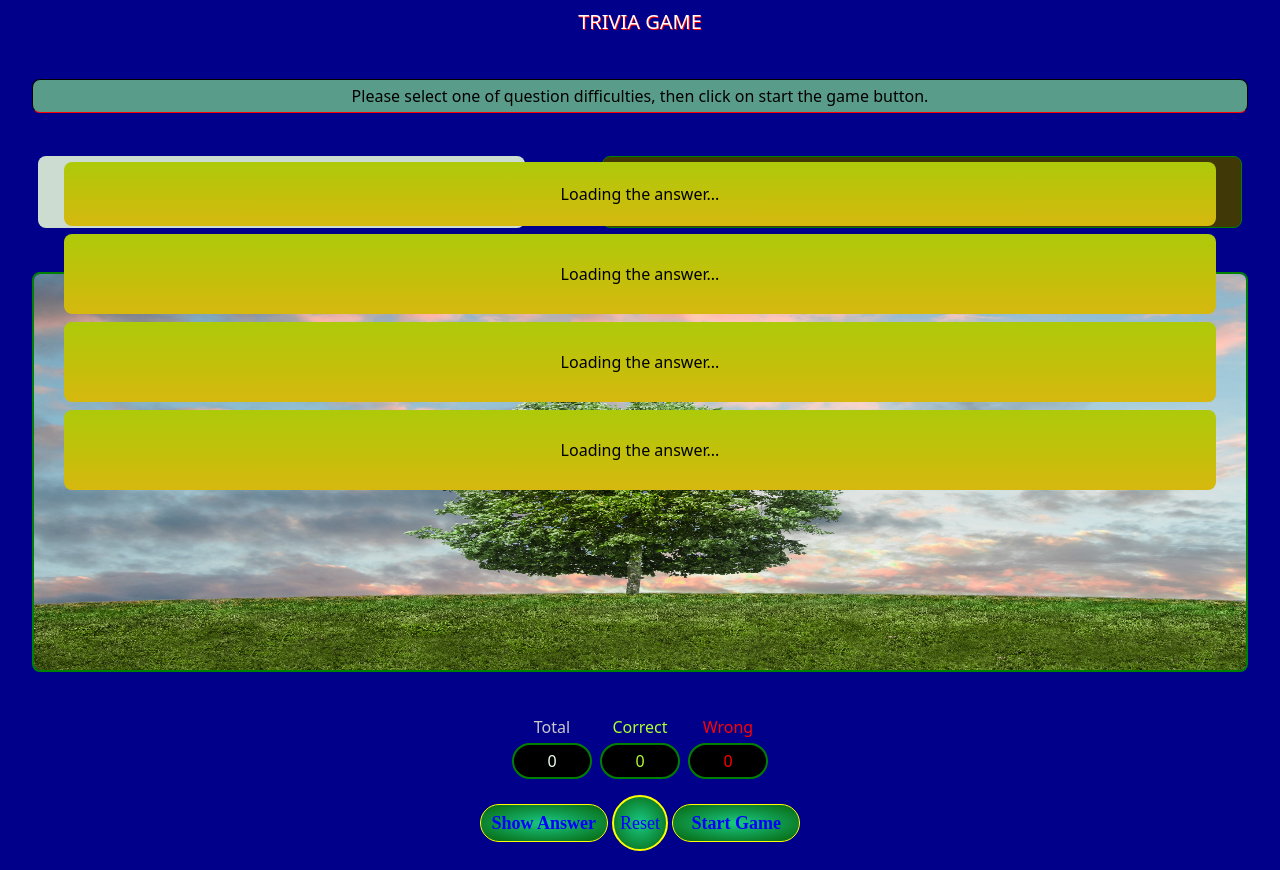
Repository: ShindanoSingi/bembe-trivia
Page: index.html
An editor plug-in stored every save of this project. The page is shown before and after the next save, followed by the edit.
The browser window is 1280 px wide. The pictures show the whole page.
Some web libraries are served in a nearby version.

Above is the page before, as saved 2022-09-08 00:57:20.

### index.html
<!DOCTYPE html>
<html lang="en">

    <head>
        <meta charset="UTF-8">
        <meta http-equiv="X-UA-Compatible" content="IE=edge">
        <meta name="viewport" content="width=device-width, initial-scale=1.0">
        <link rel="stylesheet" href="style.css">
        <script src="https://cdn.tailwindcss.com"></script>
        <title>Trivia Game</title>
    </head>

    <body class="">
        <div class="containerBox max-h-[100vh] my-2 flex flex-col gap-[6vh]">
            <h1 class="text-center text-xl" >TRIVIA GAME</h1>
            <div class="questionBox text-center w-[95vw] px-2 h-[8rem] p-1 mx-auto rounded-lg">
                Please select one of question difficulties, then click on start the game button.
            </div>
            <div class="category-and-difficulty-container items-center justify-around flex">
                <div class="category-container w-[38vw] h-[4.5rem] bg-[#CDDCD1] flex items-center flex-col py-[0.3rem] rounded-lg">
                    <div class="labelCategory text-sm font-bold text-black">CATEGORY</div>
                    <div class="category text-sm text-center p-1 rounded-lg">
                        Loading category...
                    </div>
                </div>
                <div class="qDifficultyBox w-[50vw] pb-1 rounded-lg items-center flex h-[4.5rem] justify-around flex-col">
                        <div id="question" class="qCat text-sm">QUESTION DIFFICULTY</div>
                        <div class="difficulties-container flex gap-1">
                            <button class="difficulty px-1.5 text-sm rounded-full" id="easy">Easy</button>
                            <button class="difficulty px-1.5 rounded-full text-sm" id="medium">Medium</button>
                            <button class="difficulty px-1.5 text-sm rounded-full" id="hard">Hard</button>
                    </div>
                </div>
            </div>
            <div class="imgAndQuestions">
                <img class="w-[95vw] h-[25rem] mx-auto" src="pexels-skitterphoto-9198.jpg" alt="nature image">
                <div class="answersButtons absolute bottom-[14.4rem] ml-[5vw] flex space-y-2 items-center  flex-col">
                    <button class="showAnswer w-[90vw] p-1 absolute bottom-[17rem] mx-auto text-sm h-[5rem]">Loading the answer...</button>
                    <button class="response w-[90vw] p-1 text-center text-md h-[4rem]" id="response1">Loading the answer...</button>
                    <button class="response w-[90vw] p-1 text-md h-[5rem]" id="response2">Loading the answer...</button>
                    <button class="response w-[90vw] p-1 text-md h-[5rem]" id="response3">Loading the answer...</button>
                    <button class="response w-[90vw] p-1 text-md h-[5rem]" id="response4">Loading the answer...</button>
                    </div>
                </div>

            <div id="bottomPart" class="flex  mx-auto flex-col items-center gap-4">
                <div class="labelsAndButtons relative left-1 flex space-x-2">
                    <div class="question-number flex flex-col items-center">
                        <p class="labels pb-1" id="labelQ">Total</p>
                        <div class="bottombuttons w-[5rem] text-center py-1" id="questionNumber">0</div>
                    </div>
                    <div class="correct-answers flex flex-col items-center">
                        <p class="labels pb-1" id="labelC">Correct</p>
                        <div class="bottombuttons w-[5rem] text-center py-1" id="correct">0</div>
                    </div>
                    <div class="wrong-answers flex flex-col items-center">
                        <p class="labels pb-1" id="labelW">Wrong</p>
                        <div class="bottombuttons w-[5rem] text-center py-1" id="wrong">0</div>
                    </div>
                    <div class="timerQuestionCorrectWrong"></div>
                </div>
                <div class="threeBottomButtons">
                    <button class="w-[8rem] text-lg py-1" id="showAnswer">Show Answer</button>
                    <button class="reset text-lg p-1 w-[3.5rem] h-[3.5rem] rounded-full">Reset</button>
                    <button class="startGame text-lg w-[8rem] py-1">Start Game</button>
                </div>
            </div>
            </div>
        <script src="./script.js"></script>
    </body>
</html>

### style.css

/* iPhone 8 and smaller */

    /*  Set h1 text to red */
    h1 {
        color: #fff;
        text-shadow: 0.05rem 0.05rem red;
    }

    /* The box containing the question */
    .questionBox {
        color: rgb(0, 0, 0);
        border: 0.02rem solid;
        background-color: rgb(89, 156, 138);
        border-bottom-color: red;
    }

    /* Label for category */
    .labelCategory {
        color: white;
    }

    /* The show answer message box */
    .showAnswer {
        color: honeydew;
        visibility: hidden;
        border: 0.1rem solid green;
        border-radius: 0.5rem;
        background-color:rgb(2, 27, 3);
    }
    /*  Individual difficulty button */
    .difficulty {
        background-image: linear-gradient(rgb(16, 221, 142), rgb(4, 58, 7));
        border: 0.2rem solid rgb(21, 139, 35);
        color: white;
    }

    /*  Class containing all difficulty buttons */
    .difficulties-container {
        border-color: green;
    }
    /* The box containing difficulty buttons */
    .qDifficultyBox {
        border: 0.14vh solid green;
        background-color: rgb(65, 56, 8);
        color: white;
    }

    /* image */
    img {
        border: 0.15rem solid green;
        border-radius: 0.5rem;
    }
    /* all response buttons */
    .response {
        border-color: green;
        background-image: linear-gradient(rgb(173, 202, 9), rgb(214, 184, 14));
        color: black;
        border-radius: 0.5rem;
    }
    /* All response buttons */
    .response:hover {
        background-image: linear-gradient(rgb(32, 90, 165), rgb(72, 168, 192));
    }

    /* Show answer button */
    #showAnswer {
        color: blue;
        border: 0.54vh solid green;
        border: 0.27vh solid yellow;
        border-radius: 20rem;
        font-family: cursive;
        font-weight: bold;
        background-image: radial-gradient(rgb(25, 201, 133), rgb(6, 99, 10));
    }
    #showAnswer:hover {
        background-image: radial-gradient(rgb(201, 25, 25), rgb(93, 99, 6));
        color: white;
    }
    /* Start game button */
    .startGame {
        color: blue;
        border: 0.54vh solid green;
        border: 0.27vh solid yellow;
        border-radius: 20rem;
        font-family: cursive;
        font-weight: bold;
        background-image: radial-gradient(rgb(25, 201, 133), rgb(6, 99, 10));
    }
    /* Start game button */
    .startGame:hover {
        background-image: radial-gradient(rgb(201, 25, 25), rgb(93, 99, 6));
        color: white;
    }
    /* Reset button */
    .reset {
        color: blue;
        border: 0.5rem solid green;
        border: 0.15rem solid yellow;
        font-family: cursive;
        background-image: radial-gradient(rgb(25, 201, 133), rgb(6, 99, 10));
    }
    /* Reset button */
    .reset:hover {
        background-image: radial-gradient(rgb(201, 25, 25), rgb(93, 99, 6));
        color: white;
    }

    /* Class containing the 3 bottom labels  (total questions, correct answers and wrong answers) */
    .question-number {
        color: rgb(205, 200, 200);
    }

    .correct-answers {
        color: greenyellow;
    }

    .wrong-answers {
        color: red;
    }

    /* The bottom boxes for total question number, correct answers and wrong answers */
    .bottombuttons {
        border: 0.15rem solid green;
        background-color: black;
        color: honeydew;
        border-radius: 2rem;
    }

    /* Set the wrong anser to red */
    #wrong {
        color: rgb(255, 0, 0);
    }
    /* Set the correct anser to green */
    #correct {
        color: greenyellow;
    }

    /* Change the color when "easy" button is hovered over */
    #easy:hover {
        background-image: linear-gradient(rgb(202, 9, 9), rgb(214, 184, 14));
    }
    /* Change the color when "easy" button is hovered over */
    #medium:hover {
        background-image: linear-gradient(rgb(202, 9, 9), rgb(214, 184, 14));
    }
    /* Change the color when "easy" button is hovered over */
    #hard:hover {
        background-image: linear-gradient(rgb(202, 9, 9), rgb(214, 184, 14));
    }

    body {
      background-color: darkblue;
    }

### script.js
// Declaring variables

// Capture win window
let winWindow = document.querySelector('.win');

// Declae win reset button
let winResetButton = document.querySelector('.winReset');

// define lose reset button
let loseResetButton = document.querySelector('.loseReset');

// define lose window
let loseWindow = document.querySelector('.lose');

// define win image
let winImage = document.querySelector('.winImage')

// define a message if the payer loses the game
let loseMessage = document.querySelector('#losePar');

// define
let video = document.querySelector('#myVideo');

// Get Body content
let body = document.querySelector('body');

// This will hold category information
let category = document.querySelector('.category');

// This will hold the question
let question = document.querySelector('.questionBox');

// This is for all response buttons
let answerButtons = document.querySelector('.answersButtons');

// Define difficulty buttons
let difficultyButtons = document.querySelector('.difficulties-container');

// Define image
let image = document.querySelector('img');

// Define audio button
let audioButton = document.querySelector('.audio');

// Declaring individual difficulty buttons
let easyButton = document.querySelector('#easy');
let mediumButton = document.querySelector('#medium');
let hardButton = document.querySelector('#hard');

// This is for individual responses
let response1 = document.querySelector('#response1');
let response2 = document.querySelector('#response2');
let response3 = document.querySelector('#response3');
let response4 = document.querySelector('#response4');

// Define the total number of questions' box.
let totNumQuestionsBox = document.querySelector('#questionNumber');

// This will hold number of correct answers
let cAnswer = document.querySelector('#correct');

// This will hold number of wrong answers
let wAnswer = document.querySelector('#wrong');

// Define the "show answer" button
let showAnswerButton = document.querySelector('#showAnswer');

let corrAnswer;

// Create new audio objects
// Code source: https://www.w3schools.com/jsref/met_audio_play.asp
let audio = new Audio('general-logo-13395.mp3');

let questionscoreCount = 0;
let correctAnswerScoreCount = 0;
let wrongAnswerscoreCount = 0;
let scoreCount = 0;
let clear = '';
let difficulty = '';

// Set winning scoreCount
let winningscoreCount = 6;

let highscoreCount = 0;

let startGame = document.querySelector('.startGame');

// Takes the response from fetch
let triviaQuestion;

// Define a global url which will be accessed by multiple functions
let url;

// Array of all Images/jpg
// https://www.pexels.com/search/environment/
let arrayImages = [];
arrayImages.push('pexels-ákos-szabó-440731.jpg');
arrayImages.push('pexels-atikul-haque-rafat-679598.jpg');
arrayImages.push('pexels-felix-mittermeier-957024.jpg');
arrayImages.push('pexels-ian-turnell-709552.jpg');
arrayImages.push('pexels-karolina-grabowska-5750182.jpg');
arrayImages.push('pexels-mahima-1250260.jpg');
arrayImages.push('pexels-mali-maeder-142497.jpg');
arrayImages.push('pexels-matthias-cooper-580900.jpg');
arrayImages.push('pexels-min-an-1131458.jpg');
arrayImages.push('pexels-minamarie-michell-570041.jpg');
arrayImages.push('pexels-olya-kobruseva-5236397.jpg');
arrayImages.push('pexels-pixabay-33044.jpg');
arrayImages.push('pexels-pixabay-221012.jpg');
arrayImages.push('pexels-pixabay-235615.jpg');
arrayImages.push('pexels-pixabay-259280.jpg');
arrayImages.push('pexels-pixabay-302804.jpg');
arrayImages.push('pexels-pixabay-414090.jpg');
arrayImages.push('pexels-pixabay-459225.jpg');
arrayImages.push('pexels-pixabay-459225.jpg');
arrayImages.push('pexels-pixabay-460621.jpg');
arrayImages.push('pexels-scott-webb-1048033.jpg');
arrayImages.push('pexels-skitterphoto-9198.jpg');
arrayImages.push('pexels-sohail-na-807598.jpg');

// for correct and wrong answer song; source code:
// https://www.dreamstime.com/stock-music-sound-effect/wrong-answer-answer.html

// Reset the game when the "Reset" button is clicked
let resetButton = document.querySelector('.reset');
resetButton.addEventListener('click', () => {

    // Code source: https://www.w3schools.com/jsref/met_audio_play.asp
    audio.volume = 0.2;

    // Refresh the page/window
    window.location.reload();
});

// Assign color to all answer buttons and call "play" function
let startButton = () => {

    // Increament the score count.
    scoreCount++;

    // Select all responses buttons.
    let responses = document.querySelectorAll('.response');
    responses.forEach(response => {
        response.style.backgroundImage = 'linear-gradient(rgb(173, 202, 9), rgb(57, 14, 214));'
    })

    // When the "Start The Game" button is presNexted, Call "play" function
    play();
}

// Select difficulty buttons
difficultyButtons.addEventListener('click', e => {

    // Target the element/button by its id.
    difficulty = e.target.id;

    // Only change the color "easy" button is selected, then enable "Start The Game"
    if (difficulty === 'easy') {

        // Only change the background of "easy button" to a different color, and let other bottons'
        // colors unchanged.
        e.target.style.backgroundImage = 'linear-gradient(rgb(9, 25, 202), rgb(81, 14, 214))';
        mediumButton.style.backgroundImage = `linear-gradient(rgb(16, 221, 142), rgb(4, 58, 7))`;
        hardButton.style.backgroundImage = `linear-gradient(rgb(16, 221, 142), rgb(4, 58, 7))`;

        // Start the Game when "Start The Game" is clicked
        let startGame = document.querySelector('.startGame');
        startGame.addEventListener('click', () => {
            startButton();
        });
    }

    // Only change the color "medium" button is selected, then enable "Start The Game"
    else if (difficulty === 'medium') {

        // Only change the background of "medium button" to a different color, and let other bottons'
        // colors unchanged.
        e.target.style.backgroundImage = 'linear-gradient(rgb(9, 25, 202), rgb(81, 14, 214))';
        easyButton.style.backgroundImage = `linear-gradient(rgb(16, 221, 142), rgb(4, 58, 7))`;
        hardButton.style.backgroundImage = `linear-gradient(rgb(16, 221, 142), rgb(4, 58, 7))`;

        // Start the Game when "Start The Game" is clicked
        startGame.addEventListener('click', () => {
            startButton();
        });
    }

    // Only change the color "hard" button is selected, then enable "Start The Game"
    else if (difficulty === 'hard') {

        // Only change the background of "hard button" to a different color, and let other bottons'
        // colors unchanged.
        e.target.style.backgroundImage = 'linear-gradient(rgb(9, 25, 202), rgb(81, 14, 214))';
        mediumButton.style.backgroundImage = `linear-gradient(rgb(16, 221, 142), rgb(4, 58, 7))`;
        easyButton.style.backgroundImage = `linear-gradient(rgb(16, 221, 142), rgb(4, 58, 7))`;



        // Start the Game when "Start The Game" is clicked
        startGame.addEventListener('click', () => {
            startButton();
        });
    }

    // Return the value of the chosen difficulty button.
    return difficulty;
})



// Play the game when the start game button is click.
function play() {

    // Define and get a random number
    // Source: https://www.w3schools.com/jsref/jsref_random.asp
    let randomQuestion = Math.floor(Math.random() * 10 + 9);

    // Get the question from the API
    // Source: https://opentdb.com/api_config.php
    url = `https://opentdb.com/api.php?amount=50&difficulty=${difficulty}&type=multiple`

    // Define an empty array that will hold the correct answer and 3 wrong answers
    let arr = [];

    // fetch the the result for the above url.
    fetch(url)
        .then(res => {
            return res.json()
        })

        .then(res => {

            triviaQuestion = res;

            // Capture the correct from the response
            corrAnswer = res.results[0].correct_answer;

            arr.push(res.results[0].correct_answer);
            arr.push(res.results[0].incorrect_answers[0])
            arr.push(res.results[0].incorrect_answers[2])
            arr.push(res.results[0].incorrect_answers[1])

            category.innerHTML = res.results[0].category
            question.innerHTML = res.results[0].question

            // Assigning answers to answers buttons
            response1.innerHTML = arr[0];
            response2.innerHTML = arr[1];
            response3.innerHTML = arr[2];
            response4.innerHTML = arr[3];

            // Shuffling the array to avoid answers pattern.
            for (let i = arr.length - 1; i > 0; i--) {
                let j = Math.floor(Math.random() * (i + 1))

                let tempNum = arr[i];
                arr[i] = arr[j];
                arr[j] = tempNum;
            }
        })
}


// Track the clicking event of each answerButton
answerButtons.addEventListener('click', (event) => {

    // Check if the selected answer is equal to correct answer
    if (event.target.innerText === triviaQuestion.results[0].correct_answer) {

        // Increment total number of question
        scoreCount++;

        // Increament the the number of correct answers.
        correctAnswerScoreCount++;

        // Write the correct answer in the correct answer box
        cAnswer.innerText = correctAnswerScoreCount;

        for (let i = arrayImages.length - 1; i > 0; i--) {
            let j = Math.floor(Math.random() * (i + 1))

            let tempNum = arrayImages[i];
            arrayImages[i] = arrayImages[j];
            arrayImages[j] = tempNum;
        }

        // Play a random video
        image.src = arrayImages[1];

        // Set the background of the correct answer to green
        event.target.style.backgroundImage = `linear-gradient(rgb(0, 255, 106),
        rgb(9, 106, 28))`;

        // Call the next question
        nextQuestion()
    }

    // Check if the selected answer is not equal to the correct answer
    else if (event.target.innerText !== triviaQuestion.results[0].correct_answer) {

        // Play this audio if the answer is incorrect
        let audioWrongAnswer = new Audio('wrongAnswer.mp3');


        for (let i = arrayImages.length - 1; i > 0; i--) {
            let j = Math.floor(Math.random() * (i + 1))

            let tempNum = arrayImages[i];
            arrayImages[i] = arrayImages[j];
            arrayImages[j] = tempNum;
        }

        // Play a random video
        image.src = arrayImages[0];

        // Incremment scoreCount
        scoreCount++;

        // Increament the the number of incorrect answers.
        wrongAnswerscoreCount++;

        // Set the background of the correct answer to red
        event.target.style.backgroundImage = 'linear-gradient(rgb(220, 7, 7), #fa0a0a)';

        // Write the incorrect answer in the wrong answer box
        wAnswer.innerHTML = wrongAnswerscoreCount;
    }

    // Call the next question
    nextQuestion();
})

// Refresh the window reset all numbers to 0 and all texts to empty.
function refreshWindow() {
    window.location.reload()
}

// This function runs when the player calls for the next question.
function nextQuestion() {


    // Source: https://www.w3schools.com/jsref/jsref_random.asp
    let randomQuestions = Math.floor(Math.random() * 10 + 9);

    let urlNext = `https://opentdb.com/api.php?amount=1&category=${randomQuestions}&type=multiple`

    let arrNext = [];

    fetch(urlNext)
        .then(resNext => {
            return resNext.json()
        })

        .then(resNext => {

            // Capture the correct from the response
            corrAnswer = resNext.results[0].correct_answer;

            // Assign the response from fetch to triviaQuestion
            triviaQuestion = resNext;

            arrNext.push(resNext.results[0].correct_answer);
            arrNext.push(resNext.results[0].incorrect_answers[0])
            arrNext.push(resNext.results[0].incorrect_answers[2])
            arrNext.push(resNext.results[0].incorrect_answers[1])

            // Shuffling the array to avoid answers pattern.
            // source: https://www.geeksforgeeks.org/how-to-shuffle-an-array-using-javascript/

            for (let i = arrNext.length - 1; i > 0; i--) {
                let j = Math.floor(Math.random() * (i + 1))

                let tempNums = arrNext[i];
                arrNext[i] = arrNext[j];
                arrNext[j] = tempNums;
            }

            // Assigning original coloanswers to answers buttons
            response1.innerHTML = arrNext[0];
            response1.style.backgroundImage = 'linear-gradient(rgb(173, 202, 9), rgb(57, 14, 214))'

            response2.innerHTML = arrNext[1];
            response2.style.backgroundImage = 'linear-gradient(rgb(173, 202, 9), rgb(57, 14, 214))'

            response3.innerHTML = arrNext[2];
            response3.style.backgroundImage = 'linear-gradient(rgb(173, 202, 9), rgb(57, 14, 214))'

            response4.innerHTML = arrNext[3];
            response4.style.backgroundImage = 'linear-gradient(rgb(173, 202, 9), rgb(57, 14, 214))'

            category.innerHTML = resNext.results[0].category
            question.innerHTML = resNext.results[0].question

            console.log(resNext.results[0])

        })
}

// Display the answer if the "show Andwer" button is clicked for 1 second, then hide the answer.
showAnswerButton.addEventListener('click', () => {
    let answerBox = document.querySelector('.showAnswer');

    setTimeout(function () {
        answerBox.style.visibility = 'visible';
        answerBox.style.zIndex = '100';

        answerBox.innerHTML = corrAnswer;
        //Hide the answer
        setTimeout(function () {
            answerBox.style.visibility = 'hidden';

        }, 1000)
    }, 1000)

    if (answerBox.innerHTML === 'undefined') {
        answerBox.innerHTML = "Loading the answer...";
    }
    else {
        answerBox.innerHTML = "Loading the answer...";
    }
})

After the next save:
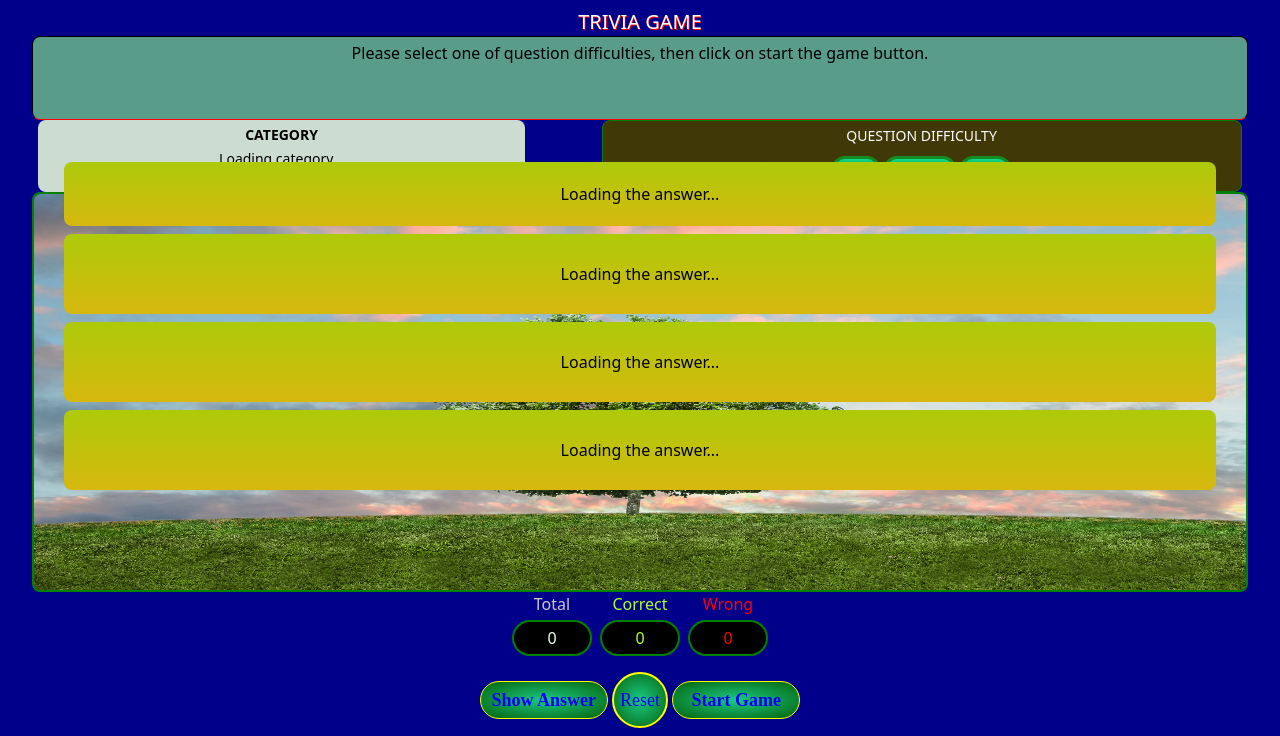
Saved 26 s later.
--- a/index.html
+++ b/index.html
@@ -11,7 +11,7 @@
     </head>
 
     <body class="">
-        <div class="containerBox max-h-[100vh] my-2 flex flex-col gap-[6vh]">
+        <div class="containerBox max-h-[100vh] my-2 flex flex-col ">
             <h1 class="text-center text-xl" >TRIVIA GAME</h1>
             <div class="questionBox text-center w-[95vw] px-2 h-[8rem] p-1 mx-auto rounded-lg">
                 Please select one of question difficulties, then click on start the game button.
